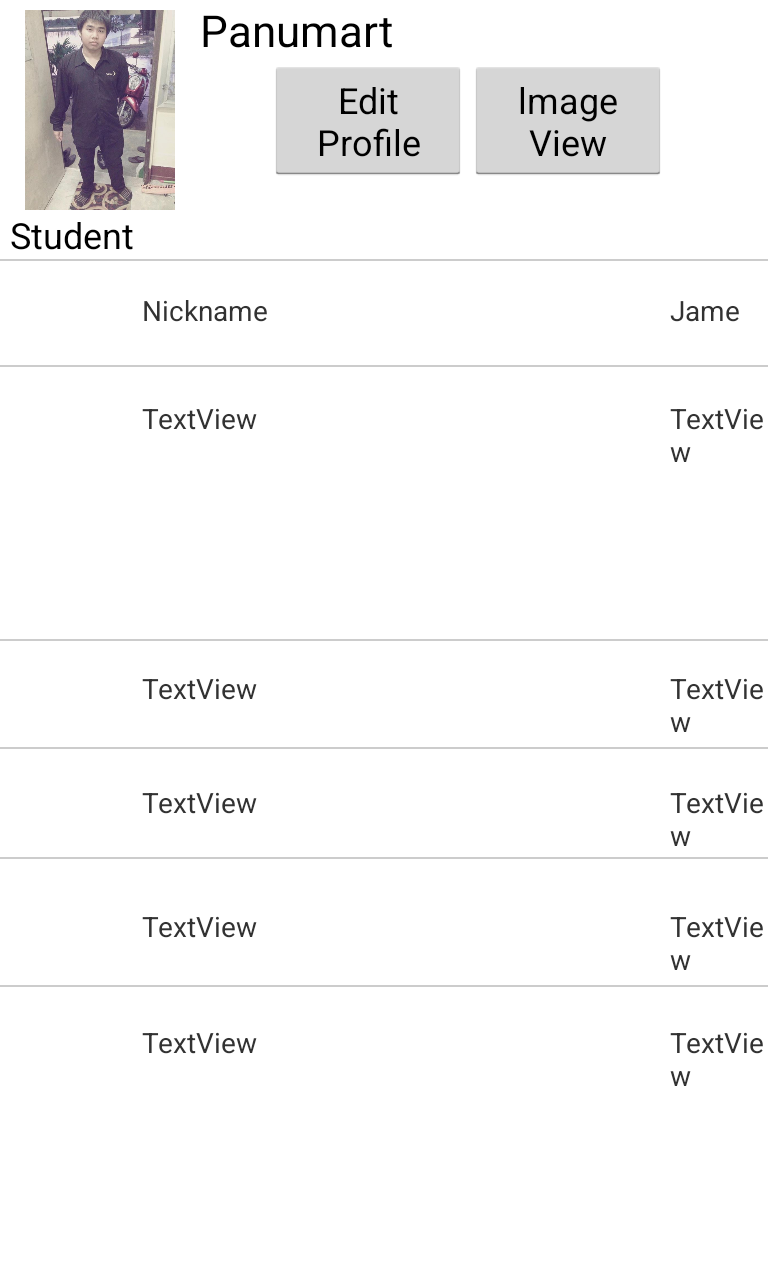
Repository: PanumartThamkawin/Resuma_55410657
Layout: Panu657/res/layout/activity_main.xml
These files come from the project's save history. The layout is drawn as it stood at one moment and after the next save; the edit follows.
It is drawn on a 768 x 1280 px phone screen (xhdpi) without system bars, with theme AppTheme; the app's code is not run.

Above is the layout before, as saved 2014-09-01 07:08:41.

### Panu657/res/layout/activity_main.xml
<RelativeLayout xmlns:android="http://schemas.android.com/apk/res/android"
    xmlns:tools="http://schemas.android.com/tools"
    android:layout_width="match_parent"
    android:layout_height="match_parent"
    android:layout_marginLeft="5dp"
    tools:context="${relativePackage}.${activityClass}" >

    <LinearLayout
        android:id="@+id/linearLayout1"
        android:layout_width="100dp"
        android:layout_height="100dp"
        android:layout_marginTop="5dp" >

        <ImageView
            android:id="@+id/imageView1"
            android:layout_width="wrap_content"
            android:layout_height="wrap_content"
            android:src="@drawable/jame" />
    </LinearLayout>

    <TextView
        android:id="@+id/textView1"
        android:layout_width="wrap_content"
        android:layout_height="wrap_content"
        android:layout_alignParentTop="true"
        android:layout_toRightOf="@+id/linearLayout1"
        android:text="Panumart "
        android:textAppearance="?android:attr/textAppearanceLarge" />

    <LinearLayout
        android:id="@+id/linearLayout3"
        android:layout_width="wrap_content"
        android:layout_height="wrap_content"
        android:layout_alignParentRight="true"
        android:layout_below="@id/textView1"
        android:layout_marginRight="50dp" >

        <Button
            android:id="@+id/button1"
            android:layout_width="100dp"
            android:layout_height="wrap_content"
            android:text="Edit Profile" />

        <Button
            android:id="@+id/button2"
            android:layout_width="100dp"
            android:layout_height="wrap_content"
            android:text="lmage View" />
    </LinearLayout>

    <LinearLayout
        android:id="@+id/linearLayout2"
        android:layout_width="match_parent"
        android:layout_height="wrap_content"
        android:layout_below="@id/linearLayout1" >

        <TextView
            android:id="@+id/textView2"
            android:layout_width="wrap_content"
            android:layout_height="wrap_content"
            android:layout_marginLeft="5dp"
            android:text="Student "
            android:textAppearance="?android:attr/textAppearanceMedium" />
    </LinearLayout>

    <View
        android:id="@+id/view1"
        android:layout_width="wrap_content"
        android:layout_height="1dp"
        android:layout_alignParentLeft="true"
        android:layout_below="@+id/linearLayout2"
        android:background="#cccccc" />

    <TextView
        android:id="@+id/textView3"
        android:layout_width="wrap_content"
        android:layout_height="wrap_content"
        android:layout_below="@+id/view1"
        android:layout_marginTop="15dp"
        android:layout_toLeftOf="@+id/linearLayout3"
        android:text="Nickname" />

    <TextView
        android:id="@+id/textView4"
        android:layout_width="wrap_content"
        android:layout_height="wrap_content"
        android:layout_alignBaseline="@+id/textView3"
        android:layout_alignBottom="@+id/textView3"
        android:layout_alignParentRight="true"
        android:layout_marginRight="14dp"
        android:text="Jame" />

    <View
        android:id="@+id/View01"
        android:layout_width="wrap_content"
        android:layout_height="1dp"
        android:layout_alignParentLeft="true"
        android:layout_below="@+id/textView3"
        android:layout_marginTop="18dp"
        android:background="#cccccc" />

    <TextView
        android:id="@+id/textView5"
        android:layout_width="wrap_content"
        android:layout_height="wrap_content"
        android:layout_alignLeft="@+id/textView3"
        android:layout_below="@+id/View01"
        android:layout_marginTop="16dp"
        android:text="TextView" />

    <TextView
        android:id="@+id/textView6"
        android:layout_width="wrap_content"
        android:layout_height="wrap_content"
        android:layout_alignBaseline="@+id/textView5"
        android:layout_alignBottom="@+id/textView5"
        android:layout_alignLeft="@+id/textView4"
        android:text="TextView" />

    <View
        android:id="@+id/View02"
        android:layout_width="wrap_content"
        android:layout_height="1dp"
        android:layout_alignParentLeft="true"
        android:layout_centerVertical="true"
        android:background="#cccccc" />

    <TextView
        android:id="@+id/textView7"
        android:layout_width="wrap_content"
        android:layout_height="wrap_content"
        android:layout_alignLeft="@+id/textView5"
        android:layout_below="@+id/View02"
        android:layout_marginTop="14dp"
        android:text="TextView" />

    <TextView
        android:id="@+id/textView8"
        android:layout_width="wrap_content"
        android:layout_height="wrap_content"
        android:layout_alignBaseline="@+id/textView7"
        android:layout_alignBottom="@+id/textView7"
        android:layout_alignLeft="@+id/textView6"
        android:text="TextView" />

    <View
        android:id="@+id/View03"
        android:layout_width="wrap_content"
        android:layout_height="1dp"
        android:layout_alignParentLeft="true"
        android:layout_below="@+id/textView7"
        android:layout_marginTop="20dp"
        android:background="#cccccc" />

    <TextView
        android:id="@+id/textView9"
        android:layout_width="wrap_content"
        android:layout_height="wrap_content"
        android:layout_alignLeft="@+id/textView7"
        android:layout_below="@+id/View03"
        android:layout_marginTop="17dp"
        android:text="TextView" />

    <TextView
        android:id="@+id/textView10"
        android:layout_width="wrap_content"
        android:layout_height="wrap_content"
        android:layout_alignBaseline="@+id/textView9"
        android:layout_alignBottom="@+id/textView9"
        android:layout_alignLeft="@+id/textView8"
        android:text="TextView" />

    <View
        android:id="@+id/View04"
        android:layout_width="wrap_content"
        android:layout_height="1dp"
        android:layout_alignParentLeft="true"
        android:layout_below="@+id/textView9"
        android:layout_marginTop="18dp"
        android:background="#cccccc" />

    <TextView
        android:id="@+id/textView11"
        android:layout_width="wrap_content"
        android:layout_height="wrap_content"
        android:layout_alignLeft="@+id/textView9"
        android:layout_below="@+id/View04"
        android:layout_marginTop="24dp"
        android:text="TextView" />

    <TextView
        android:id="@+id/textView12"
        android:layout_width="wrap_content"
        android:layout_height="wrap_content"
        android:layout_alignBaseline="@+id/textView11"
        android:layout_alignBottom="@+id/textView11"
        android:layout_alignLeft="@+id/textView10"
        android:text="TextView" />

    <View
        android:id="@+id/View05"
        android:layout_width="wrap_content"
        android:layout_height="1dp"
        android:layout_alignParentLeft="true"
        android:layout_below="@+id/textView11"
        android:layout_marginTop="20dp"
        android:background="#cccccc" />

    <TextView
        android:id="@+id/textView13"
        android:layout_width="wrap_content"
        android:layout_height="wrap_content"
        android:layout_alignLeft="@+id/textView11"
        android:layout_below="@+id/View05"
        android:layout_marginTop="18dp"
        android:text="TextView" />

    <TextView
        android:id="@+id/textView14"
        android:layout_width="wrap_content"
        android:layout_height="wrap_content"
        android:layout_alignBaseline="@+id/textView13"
        android:layout_alignBottom="@+id/textView13"
        android:layout_alignLeft="@+id/textView12"
        android:text="TextView" />

</RelativeLayout>

Loaded but not shown: Panu657/res/values/styles.xml (common file); Panu657/res/values-v11/styles.xml (common file); Panu657/res/values-v14/styles.xml (common file)

After the next save:
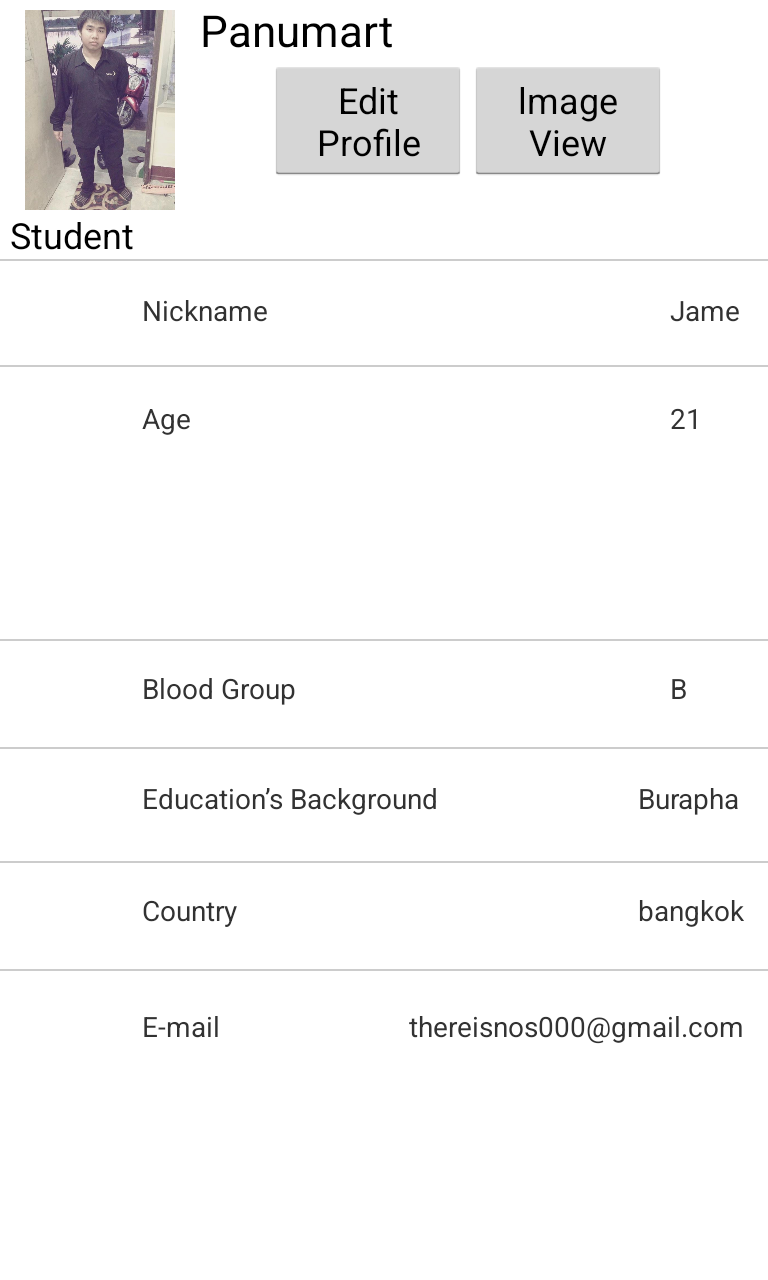
Saved 9 min 32 s later.
--- a/Panu657/res/layout/activity_main.xml
+++ b/Panu657/res/layout/activity_main.xml
@@ -106,7 +106,7 @@
         android:layout_alignLeft="@+id/textView3"
         android:layout_below="@+id/View01"
         android:layout_marginTop="16dp"
-        android:text="TextView" />
+        android:text="Age" />
 
     <TextView
         android:id="@+id/textView6"
@@ -115,7 +115,7 @@
         android:layout_alignBaseline="@+id/textView5"
         android:layout_alignBottom="@+id/textView5"
         android:layout_alignLeft="@+id/textView4"
-        android:text="TextView" />
+        android:text="21" />
 
     <View
         android:id="@+id/View02"
@@ -132,7 +132,7 @@
         android:layout_alignLeft="@+id/textView5"
         android:layout_below="@+id/View02"
         android:layout_marginTop="14dp"
-        android:text="TextView" />
+        android:text="Blood Group" />
 
     <TextView
         android:id="@+id/textView8"
@@ -141,7 +141,7 @@
         android:layout_alignBaseline="@+id/textView7"
         android:layout_alignBottom="@+id/textView7"
         android:layout_alignLeft="@+id/textView6"
-        android:text="TextView" />
+        android:text="B" />
 
     <View
         android:id="@+id/View03"
@@ -158,8 +158,8 @@
         android:layout_height="wrap_content"
         android:layout_alignLeft="@+id/textView7"
         android:layout_below="@+id/View03"
-        android:layout_marginTop="17dp"
-        android:text="TextView" />
+        android:layout_marginTop="15dp"
+        android:text="Education’s Background" />
 
     <TextView
         android:id="@+id/textView10"
@@ -167,8 +167,8 @@
         android:layout_height="wrap_content"
         android:layout_alignBaseline="@+id/textView9"
         android:layout_alignBottom="@+id/textView9"
-        android:layout_alignLeft="@+id/textView8"
-        android:text="TextView" />
+        android:layout_alignRight="@+id/textView4"
+        android:text="Burapha" />
 
     <View
         android:id="@+id/View04"
@@ -176,7 +176,7 @@
         android:layout_height="1dp"
         android:layout_alignParentLeft="true"
         android:layout_below="@+id/textView9"
-        android:layout_marginTop="18dp"
+        android:layout_marginTop="22dp"
         android:background="#cccccc" />
 
     <TextView
@@ -185,8 +185,8 @@
         android:layout_height="wrap_content"
         android:layout_alignLeft="@+id/textView9"
         android:layout_below="@+id/View04"
-        android:layout_marginTop="24dp"
-        android:text="TextView" />
+        android:layout_marginTop="14dp"
+        android:text="Country" />
 
     <TextView
         android:id="@+id/textView12"
@@ -195,7 +195,7 @@
         android:layout_alignBaseline="@+id/textView11"
         android:layout_alignBottom="@+id/textView11"
         android:layout_alignLeft="@+id/textView10"
-        android:text="TextView" />
+        android:text="bangkok" />
 
     <View
         android:id="@+id/View05"
@@ -213,7 +213,7 @@
         android:layout_alignLeft="@+id/textView11"
         android:layout_below="@+id/View05"
         android:layout_marginTop="18dp"
-        android:text="TextView" />
+        android:text="E-mail" />
 
     <TextView
         android:id="@+id/textView14"
@@ -221,7 +221,7 @@
         android:layout_height="wrap_content"
         android:layout_alignBaseline="@+id/textView13"
         android:layout_alignBottom="@+id/textView13"
-        android:layout_alignLeft="@+id/textView12"
-        android:text="TextView" />
+        android:layout_alignRight="@+id/textView12"
+        android:text="thereisnos000@gmail.com" />
 
 </RelativeLayout>
